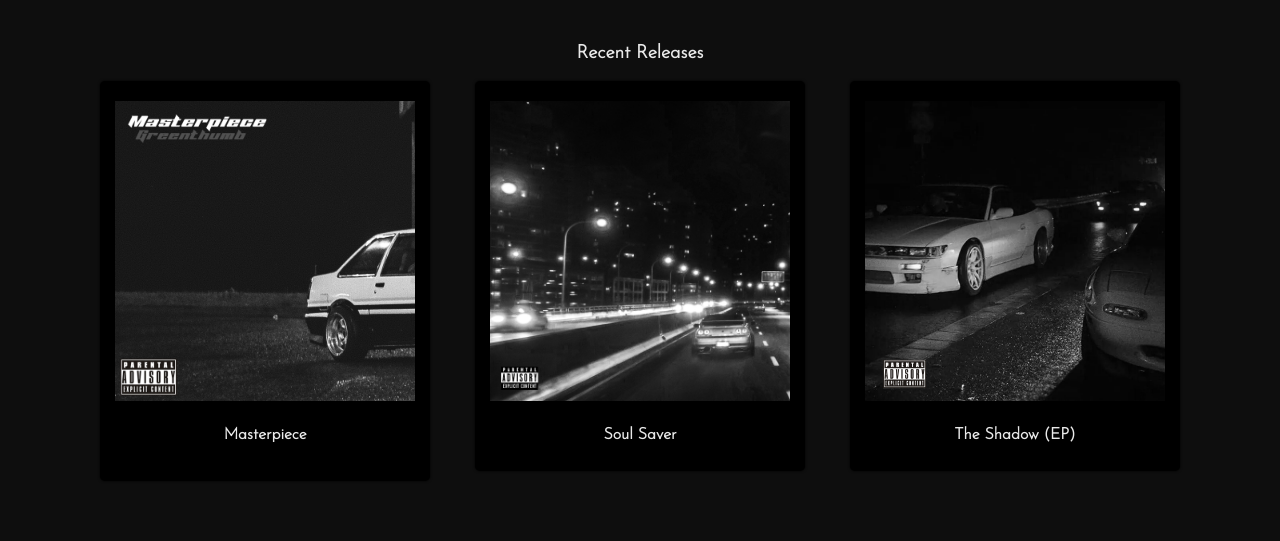
Repository: shayanabedi98/Greenthumb
Page: index.html
These files come from the project's save history. The page is drawn as it stood at one moment and after the next save; the edit follows.
The browser window is 1280 px wide. The pictures show the part of the page from y = 734 to 1275 px (the page is 1275 px tall).
The pointer rests on the first visible `.card`.

Above is the page before, as saved 2023-08-15 13:11:18.

### index.html
<!DOCTYPE html>
<html lang="en">
<head>
    <meta charset="UTF-8">
    <meta name="viewport" content="width=device-width, initial-scale=1.0">
    <title>Greenthumb Home</title>
    <link rel="stylesheet" href="styles.css">
    <link rel="preconnect" href="https://fonts.googleapis.com">
    <link rel="preconnect" href="https://fonts.gstatic.com" crossorigin>
    <link href="https://fonts.googleapis.com/css2?family=Josefin+Sans:wght@300&display=swap" rel="stylesheet">
</head>
<body>
    <div class="header">
        <header>
            <nav>
                <img src="resources/logo.png" alt="Greenthumb Logo">
                <a href="">Home</a>
                <a href="">About</a>
                <a href="">Contact</a>
            </nav>
        </header>
    </div>
    <div class="banner">
        <video autoplay playsinline muted loop src="resources/Japanese Street Drifting ! Tokyo Auto Salon 2019 Afterparty !.mp4"></video>
        <div class="banner-content">
            <h1>Rapper/Producer</h1>
            <h2>From the depths of his creative abyss, he conjures grimey beats that pulse like the heartbeat of a shadowy cosmos, inviting listeners to explore the raw and unfiltered underbelly of Hip Hop.</h2>
        </div>
    </div>
    <div class="container">
        <h3>Recent Releases</h3>
        <div class="card">
            <img src="/resources/master.jpg" alt="cover of song, Masterpiece">
            <h4>Masterpiece</h4>
        </div>
        <div class="card">
            <img src="resources/soul.png" alt="cover of song, Soul Saver">
            <h4>Soul Saver</h4>
        </div>
        <div class="card">
            <img src="resources/theshadow.png" alt="cover of EP, The Shadow">
            <h4>The Shadow (EP)</h4>
        </div>
    </div>
    <div class="listen">

    </div>
</body>
</html>

### styles.css
body {
    margin: 0;
    padding: 0;
    background-color: black;
    color: rgb(233, 233, 233);
    font-family: 'Josefin Sans', sans-serif;
}

nav a {
    text-decoration: none;
}

nav a:visited {
    text-decoration: none;
    color: rgb(233, 233, 233);
}

.banner {
    text-align: center;
    width: 100%;
    height: 600px;
}

.banner video {
    object-fit: cover;
    object-position: 50% 100%;
    height: 600px;
    width: 100%;
    opacity: 80%;
}

.banner-content {
    transform: translateY(-410px);
    width: 70%;
    margin: auto;
}

.banner-content h1 {
    font-size: 46px;
}

.banner-content h2 {
    font-size: 30px;
}

.container {
    text-align: center;
    background-color: rgb(14, 14, 14);
    padding: 25px 0 60px 0;
}

.card {
    text-align: center;
    display: inline-block;
    background-color: black;
    border-radius: 5px;
    width: 330px;
    height: 360px;
    padding: 20px 0 10px 0;
    box-shadow: 0 0 3px 0 black;
    margin: 0 20px;
}

.card:hover {
    height: 370px;
    transition: ease-in-out 0.5s;
}

.card img {
    height: 300px;
    width: 300px;
}

After the next save:
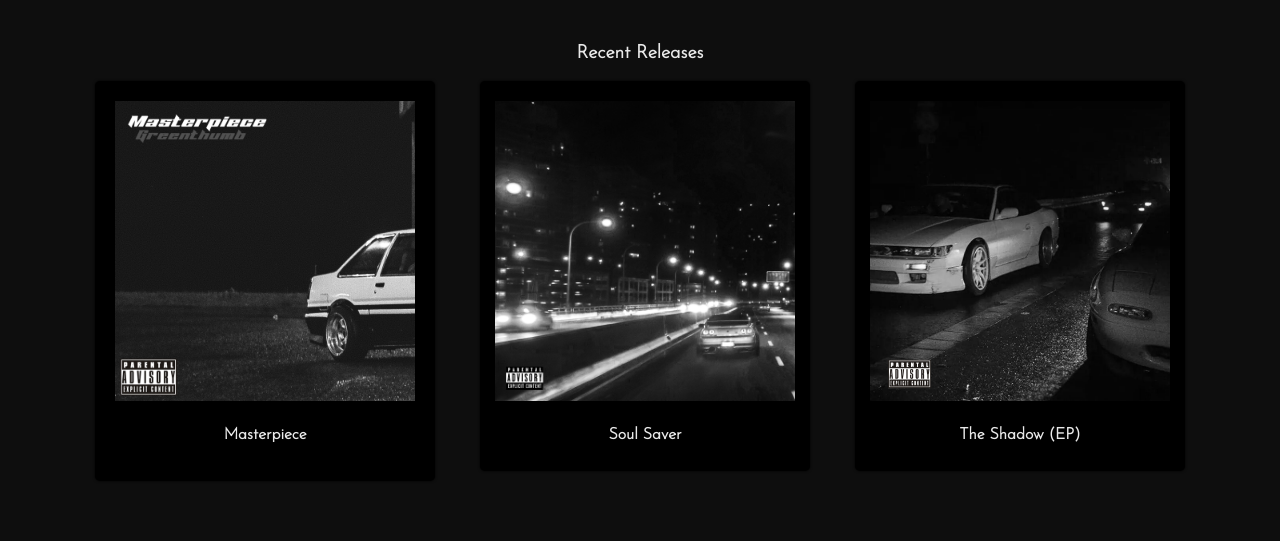
Saved 18 s later.
--- a/styles.css
+++ b/styles.css
@@ -63,6 +63,7 @@
 
 .card:hover {
     height: 370px;
+    width: 340px;
     transition: ease-in-out 0.5s;
 }
 
